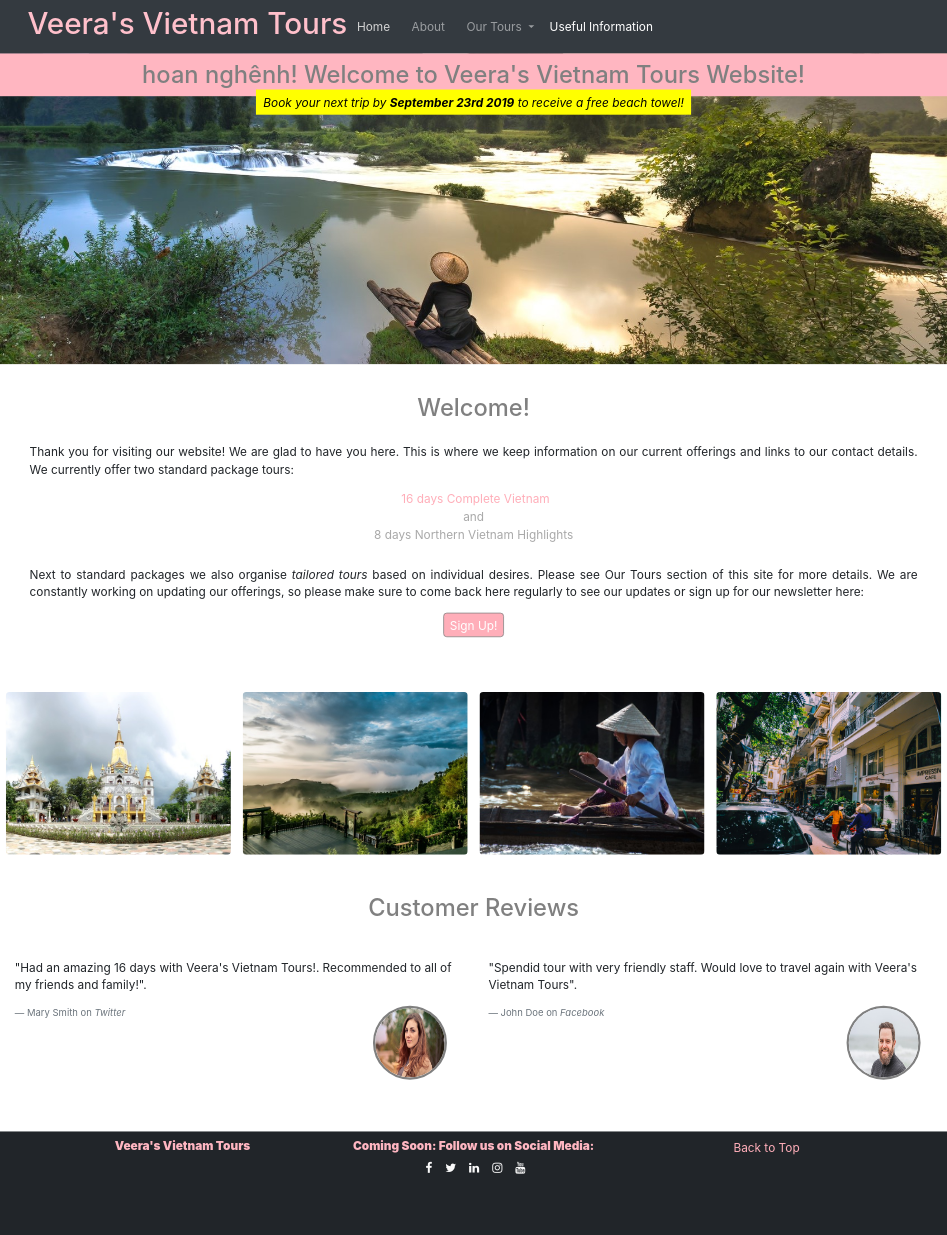
Repository: VAhola/VietnamTour
Page: index.html
The author's editor kept a record of every edit. The page is drawn from the files as they stood at one moment, then again after the next edit.
The browser window is 1280 px wide. The pictures show the whole page, at 74% of full size.

Above is the page before.

### index.html
<!DOCTYPE html>
<html lang="en">
   <head>
      <meta charset="UTF-8">
      <meta name="viewport" content="width=device-width, initial-scale=1.0">
      <meta http-equiv="X-UA-Compatible" content="ie=edge">
      <link rel="stylesheet" href="https://stackpath.bootstrapcdn.com/bootstrap/4.3.1/css/bootstrap.min.css" type="text/css" />
      <link rel="stylesheet" href="https://stackpath.bootstrapcdn.com/font-awesome/4.7.0/css/font-awesome.min.css" type="text/css" />
      <link rel="stylesheet" href="Assets/stylesheet/style.css" type="text/css" />
      <title>Vietnam Project</title>
   </head>
   <body>
      <!--Nav-->
      <nav class="navbar navbar-dark navbar-expand-sm bg-dark top">
         <a class="navbar-brand title"></a>
         <h1 style="color:pink;">Veera's Vietnam Tours <br></h1>
         <button class="navbar-toggler ml-auto" type="button" data-toggle="collapse" data-target="#navbarNavDropdown" aria-controls="navbarNavDropdown" aria-expanded="false" aria-label="Toggle navigation">
         <span class="navbar-toggler-icon"></span></button>
         <div class="collapse navbar-collapse" id="navbarNavDropdown">
            <ul class="navbar-nav mr-auto">
               <li class="nav-item mr-2"><a class="nav-link" href="index.html" style="color:lightgray;">Home</a></li>
               <li class="nav-item mr-2"><a class="nav-link" href="about.html">About</a></li>
               <li class="nav-item dropdown">
                  <a class="nav-link dropdown-toggle" href="#" id="navbarDropdownMenuLink" role="button" data-toggle="dropdown" aria-haspopup="true" aria-expanded="false">
                  Our Tours
                  </a>
                  <div class="dropdown-menu" aria-labelledby="navbarDropdownMenuLink">
                     <a class="dropdown-item" href="16d.html">16 Day Complete Vietnam</a>
                     <a class="dropdown-item" href="8d.html">8 Days Vietnam at glance</a>
                  </div>
               </li>
               <li class="active nav-item mr-2"><a class="nav-link" href="Info.html">Useful Information</a></li>
            </ul>
         </div>
      </nav>
      <!-- /.nav -->
      <!--Banner-->
      <div class="section1">
         <h2 class="intro">
            hoan nghênh! Welcome to Veera's Vietnam Tours Website!
         </h2>
         <div class=container4>
            <p><em>Book your next trip by <strong>September 23rd 2019</strong> to receive a free beach towel!</em></p>
         </div>
      </div>
      <!-- /.banner -->
      <!--Main-->
      <div class=wrapper>
         <div class="welcome">
            <h2> Welcome!</h2>
            <div class="desth">
               <p>Thank you for visiting our website! We are glad to have you here.
                  This is where we keep information on our current offerings and links to our contact details.
                  We currently offer two standard package tours:
               </p>
               <div class="tours">
                  <p class="compact"><a href="16d.html" style="color:#ffaeb9">16 days Complete Vietnam</a></p>
                  <p class="compact">and</p>
                  <p class="compact">8 days Northern Vietnam Highlights</p>
               </div>
               <p>Next to standard packages we also organise <em>tailored tours</em> based on individual desires. Please see Our Tours section of this site for more details. We are constantly working on updating our offerings, so please make sure to come back here regularly to see our updates or sign up for our newsletter here:
                  <br>
            </div>
            <div class="center">
               <p><button class="btn btn-lg btn-success1" style=text-align:center data-toggle="modal" data-target="#signUpModal">Sign Up!</button></p>
            </div>
         </div>
         <div class="gallery">
            <figure>
               <img src="Assets/pictures/pagoda-704657_640.jpg" class="gallery__img bicubic" alt="Beautiful pagoda">
            </figure>
            <figure>
               <img src="Assets/pictures/pagoda-2096468_640.jpg" class="gallery__img bicubic" alt="Misty mountain forest view">
            </figure>
            <figure>
               <img src="Assets/pictures/vietnam-630445_640.jpg" class="gallery__img bicubic" alt="Boat on a river">
            </figure>
            <figure>
               <img src="Assets/pictures/architecture-buildings-car-1004122.jpg" class="gallery__img bicubic" alt="Small town street">
            </figure>
         </div>
         <h2>Customer Reviews</h2>
         <div class="clearfix">
            <div class="box">
               <div>
                  <p>"Had an amazing 16 days with Veera's Vietnam Tours!. Recommended to all of my friends and family!".</p>
                  <img src="Assets/pictures/beautiful-blur-blurred-background-733872.jpg" class="rounded-circle mr-3 d-none d-sm-block quote" alt="young woman" height=100 width=100>
                  <footer class="blockquote-footer">Mary Smith on <cite title="Twitter">Twitter</cite></footer>
               </div>
            </div>
            <div class="box">
               <div>
                  <p>"Spendid tour with very friendly staff. Would love to travel again with Veera's Vietnam Tours".</p>
                  <img src="Assets/pictures/adult-beach-casual-736716.jpg" class="rounded-circle mr-3 d-none d-sm-block quote" alt="young man" height=100 width=100>
                  <footer class="blockquote-footer">John Doe on <cite title="Facebook">Facebook</cite></footer>
               </div>
            </div>
         </div>
      </div>
      <!-- /.Main -->
      <!--Footer-->
      <footer class="container-fluid site">
         <div class="col-md-12 center">
            <div class="row contacts">
               <div class="col-md-4">
                  <h6>Veera's Vietnam Tours</h6>
               </div>
               <div class="col-md-4">
                  <h6 class="inline-block center">Coming Soon: Follow us on Social Media:</h6>
                  <ul class="list-inline center">
                     <li class="list-inline-item">
                        <a target="_blank" href="#">
                        <i class="fa fa-facebook" aria-hidden="true"></i>
                        <span class="sr-only">Facebook</span>
                        </a>
                     </li>
                     <li class="list-inline-item">
                        <a target="_blank" href="#">
                        <i class="fa fa-twitter" aria-hidden="true"></i>
                        <span class="sr-only">Twitter</span>
                        </a>
                     </li>
                     <li class="list-inline-item">
                        <a target="_blank" href="#">
                        <i class="fa fa-linkedin" aria-hidden="true"></i>
                        <span class="sr-only">LinkedIn</span>
                        </a>
                     </li>
                     <li class="list-inline-item">
                        <a target="_blank" href="#">
                        <i class="fa fa-instagram" aria-hidden="true"></i>
                        <span class="sr-only">Instagram</span>
                        </a>
                     </li>
                     <li class="list-inline-item">
                        <a target="_blank" href="#">
                        <i class="fa fa-youtube" aria-hidden="true"></i>
                        <span class="sr-only">YouTube</span>
                        </a>
                     </li>
                  </ul>
               </div>
               <div class="col-md-4">
                  <a href="#top" style="color:#ffaeb9">Back to Top</a>
               </div>
            </div>
         </div>
         <div class= "push"></div>
      </footer>
      <!-- /.Footer -->
      <!--Sign Up Modal-->
      <div class="modal" tabindex="-1" role="dialog" id="signUpModal">
         <div class="modal-dialog" role="document">
            <div class="modal-content">
               <div class="modal-header">
                  <h5 class="modal-title">Sign Up For Veera's Vietnam Tours Newsletter!</h5>
                  <button type="button" class="close" data-dismiss="modal" aria-label="Close">
                  <span aria-hidden="true">&times;</span>
                  </button>
               </div>
               <div class="modal-body">
                  <form>
                     <div class="form-group">
                        <label for="exampleInputEmail1">Email address</label>
                        <input type="email" class="form-control" id="exampleInputEmail1" aria-describedby="emailHelp" placeholder="Enter email">
                        <small id="emailHelp" class="form-text text-muted">We'll never share your email with anyone else.</small>
                     </div>
                     <div class="form-group">
                        <label for="Name">Name</label>
                        <input type="text" class="form-control" id="Name" placeholder="You Name">
                     </div>
                     <button type="submit" class="btn btn-success1">Submit</button>
                  </form>
               </div>
            </div>
         </div>
      </div>
      <!-- /.Sign Up Modal -->
      <!-- JS Scripts -->
      <script src="https://code.jquery.com/jquery-3.3.1.slim.min.js" integrity="sha384-q8i/X+965DzO0rT7abK41JStQIAqVgRVzpbzo5smXKp4YfRvH+8abtTE1Pi6jizo" crossorigin="anonymous"></script>
      <script src="https://cdnjs.cloudflare.com/ajax/libs/popper.js/1.14.3/umd/popper.min.js" integrity="sha384-ZMP7rVo3mIykV+2+9J3UJ46jBk0WLaUAdn689aCwoqbBJiSnjAK/l8WvCWPIPm49" crossorigin="anonymous"></script>
      <script src="https://stackpath.bootstrapcdn.com/bootstrap/4.1.3/js/bootstrap.min.js" integrity="sha384-ChfqqxuZUCnJSK3+MXmPNIyE6ZbWh2IMqE241rYiqJxyMiZ6OW/JmZQ5stwEULTy" crossorigin="anonymous"></script>
   </body>
</html>

### Assets/stylesheet/style.css
html {
	border: none;
	height: 100%;
	margin: 0;
}

body: {
	height: 100%;
	margin: 0;
}

a {
	color: #fafafa;
	margin-left: 5px;
}

article {
	margin: 5px;
}

h2 {
	color: gray;
	text-align: center;
	padding-bottom: 20px;
	padding-top: 20px;
}

h3 {
	color: ;
	text-align: center;
	padding-bottom: 20px;
	padding-top: 20px;
}

h5 {
	color: #ffb6c1;
	text-align: center;
	margin-top: 20px;
	margin-bottom: 10px;
	text-decoration: underline;
}

H6 {
	font-weight: 900;
	color: #ffb6c1;
}

li {
	list-style: none;
}

dl,
ol,
ul {
	margin-top: 0;
	margin-bottom: 1rem;
	padding: 0;
}


/* Styling the header */

.button {
	color: white;
}

.navbar-dark .navbar-brand {
	color: #ffb6c1;
}

.dropdown-menu {
	background-color: #4F4F4F;
}

.dropdown-item {
	color: #b9bec3;
}


/* Styling button */

.btn-group-lg>.btn,
.btn-lg {
	padding: .2rem .5rem;
	font-size: 1rem;
	line-height: 1.5;
}

.btn-success1 {
	color: #fff;
	background-color: #ffaeb9;
	border-color: gray;
	border-width: thin;
}

.btn-success2 {
	color: black;
	background-color: yellow;
	border-color: yellow;
	border-width: thin;
}


/*Styling Image galleries */

img {
	-ms-interpolation-mode: bicubic;
}

.bicubic {
	-ms-interpolation-mode: bicubic;
	image-rendering: optimizeQuality;
}

.gallery__img {
	width: 100%;
	height: 100%;
	object-fit: cover;
	border-radius: 5px;
}

.gallery {
	display: grid;
	display: -ms-flexbox;
	grid-template-columns: repeat(4, 1fr);
	grid-gap: 10px;
	padding-top: 5px;
	margin: 30px 5px;
}

.gallery1 {
	display: grid;
	display: -ms-flexbox;
	grid-template-columns: repeat(3, 1fr);
	padding-top: 0px;
	margin: 0px 0px 30px 0px;
}

.gallery2 {
	display: grid;
	display: -ms-grid;
	grid-template-columns: repeat(2, 3fr);
	grid-gap: 2px;
	padding-top: 20px;
	padding-bottom: 20px;
	padding-right: 10px;
	margin: 0px;
}

.gallery__items--3 {
	grid-column-start: 1;
	grid-column-end: 3;
	grid-row-start: 2;
	grid-row-end: 3;
}

.gallery__itemy--3 {
	grid-column-start: 1;
	grid-column-end: 3;
	grid-row-start: 2;
	grid-row-end: 3;
}

.gallery3 {
	display: grid;
	display: -ms-grid;
	grid-template-columns: repeat(2, 3fr);
	grid-gap: 2px;
	padding-top: 20px;
	padding-bottom: 20px;
	padding-right: 10px;
	margin: 0px;
}

figure {
	margin: 3px;
}


/* Styling Index.html */

.section1 {
	background-size: cover;
	text-align: center;
	background-image: url(../pictures/bamboo-boat-clouds-cloudscape-2132098.jpg);
	background-repeat: no-repeat;
	min-height: 420px;
	color: black;
	padding: 0px;
	background-position-y: bottom;
	background-position-x: center;
	background-color: darkgray;
}

.intro {
	background-color: #ffb6c1;
	padding: 10px 5px;
	color: gray;
	margin-bottom: 0px;
}

div.container4 {
	height: 1em;
	position: relative;
}

div.container4 p {
	margin: 0;
	background: yellow;
	position: absolute;
	top: 50%;
	left: 50%;
	margin-right: -50%;
	transform: translate(-50%, -50%);
	display: unset;
	padding: 5px 10px;
}

.welcome {
	padding: 20px 20px;
}

.desth {
	margin-left: 20px;
	margin-right: 20px;
	text-align: justify;
}

.tours {
	color: darkgray;
	text-align: center;
	margin-bottom: 30px;
}

.compact {
	margin: 0;
}

img.quote {
	border-style: solid;
	border-color: gray;
	float: right;
}

* {
	box-sizing: border-box;
}

div.box {
	float: left;
	width: 50%;
	padding: 20px;
	margin-bottom: 20px;
}

.clearfix::after {
	content: "";
	clear: both;
	display: table;
	padding: 20px;
	margin-bottom: 40px;
}


/* Styling About.html */

.about_us {
	text-align: justify;
	margin: 0px 40px 40px 40px;
}

.contacts {
	margin-left: 20px;
	margin-right: 20px;
	margin-bottom: 20px;
}

div.center {
	text-align: center;
}


/* Styling 8d.html */

.tours1 {
	margin: 20px;
	10px
}

.section5 {
	background-size: cover;
	text-align: center;
	background-image: url(../pictures/IMG-20190712-WA0006_a.jpg);
	background-repeat: no-repeat;
	min-height: 380px;
	color: black;
	padding: 0px;
	background-position-y: bottom;
	background-position-x: center;
}


/* Styling 16d.html */

.section4 {
	background-size: cover;
	text-align: center;
	background-image: url(../pictures/vietnam-2139871_1920_a.jpg);
	background-repeat: no-repeat;
	min-height: 380px;
	color: black;
	padding: 0px;
	background-position-y: bottom;
	background-position-x: center;
}


/*  Styling Info.html */

.info_left {
	border: 3px solid #ddd;
	border-radius: 4px;
	width: 220px;
	margin-right: 10px;
}

.info_right {
	border: 2px solid #ddd;
	border-radius: 4px;
	width: 220px;
	margin-left: 10px;
}

.section2 {
	background-size: cover;
	text-align: center;
	background-image: url(../pictures/chaly-pavement-road-2044867.jpg);
	background-repeat: no-repeat;
	min-height: 180px;
	color: black;
	padding: 0px;
	background-position-y: bottom;
	background-position-x: center;
}

img.map_right {
	border: 1px solid #ddd;
	border-radius: 4px;
	width: 220px;
	margin: 20px 10px;
}

.dest {
	margin-left: 20px;
	margin-right: 20px;
	padding: 10px;
	text-align: justify;
	margin-bottom: 10px;
}


/* Custom color Font Awesome */

.pink {
	color: #ffaeb9;
}


/* Styling Footer  */

.wrapper {
	min-height: 100%;
	margin-bottom: -50px;
}

.push {
	height: 50px;
}

footer.site {
	background-color: #212529;
	color: #ffb6c1;
	background-size: cover;
	margin-bottom: 0;
	padding-bottom: 10px;
	padding-top: 10px;
	flex-shrink: 0;
	display: -webkit-box;
	height: 140px;
}

.bottom {
	margin-bottom: 0;
}

div.footer-details.row {
	width: 100%;
}


/* media queries */

@media (max-width:767px) {
	body {
		font-size: small;
	}
	p {
		font-size: small;
	}
	.welcome {
		padding: 5px 5px;
	}
	h1,
	h2,
	h3,
	h4,
	h5,
	h6 {
		font-size: small;
	}
	em {
		font-size: small;
	}
	img.map_right {
		width: 130px;
		margin-left: 5px;
	}
	.info_left {
		width: 120px;
	}
	.info_right {
		width: 120px;
	}
	.dest {
		margin-left: 10px;
		margin-right: 10px;
		padding: 5px;
	}
	.section1 {
		background-size: cover;
		text-align: center;
		background-image: url(../pictures/bamboo-boat-clouds-cloudscape-2132098.jpg);
		background-repeat: no-repeat;
		min-height: 180px;
		color: black;
		padding: 0px;
		background-position-y: bottom;
		background-position-x: center;
		background-color: darkgray;
	}
	.section5 {
		background-size: cover;
		text-align: center;
		background-image: url(../pictures/IMG-20190712-WA0006_a.jpg);
		background-repeat: no-repeat;
		min-height: 180px;
		color: black;
		padding: 0px;
		background-position-y: bottom;
		background-position-x: center;
	}
	.section4 {
		background-size: cover;
		text-align: center;
		background-image: url(../pictures/vietnam-2139871_1920_a.jpg);
		background-repeat: no-repeat;
		min-height: 180px;
		color: black;
		padding: 0px;
		background-position-y: bottom;
		background-position-x: center;
	}
	.intro {
		margin-bottom: 15px;
	}
	.btn-group-lg>.btn,
	.btn-lg {
		font-size: 0.7rem;
	}
}

@media (min-width: 768px) and (max-width: 991px) {
	.section2 {
		background-image: url(../pictures/chaly-pavement-road-2044867.jpg);
		min-height: 340px;
	}
}

@media (min-width: 992px) and (max-width: 2800px) {
	.section2 {
		background-image: url(../pictures/chaly-pavement-road-2044867.jpg);
		min-height: 480px;
	}
}

After the next edit:
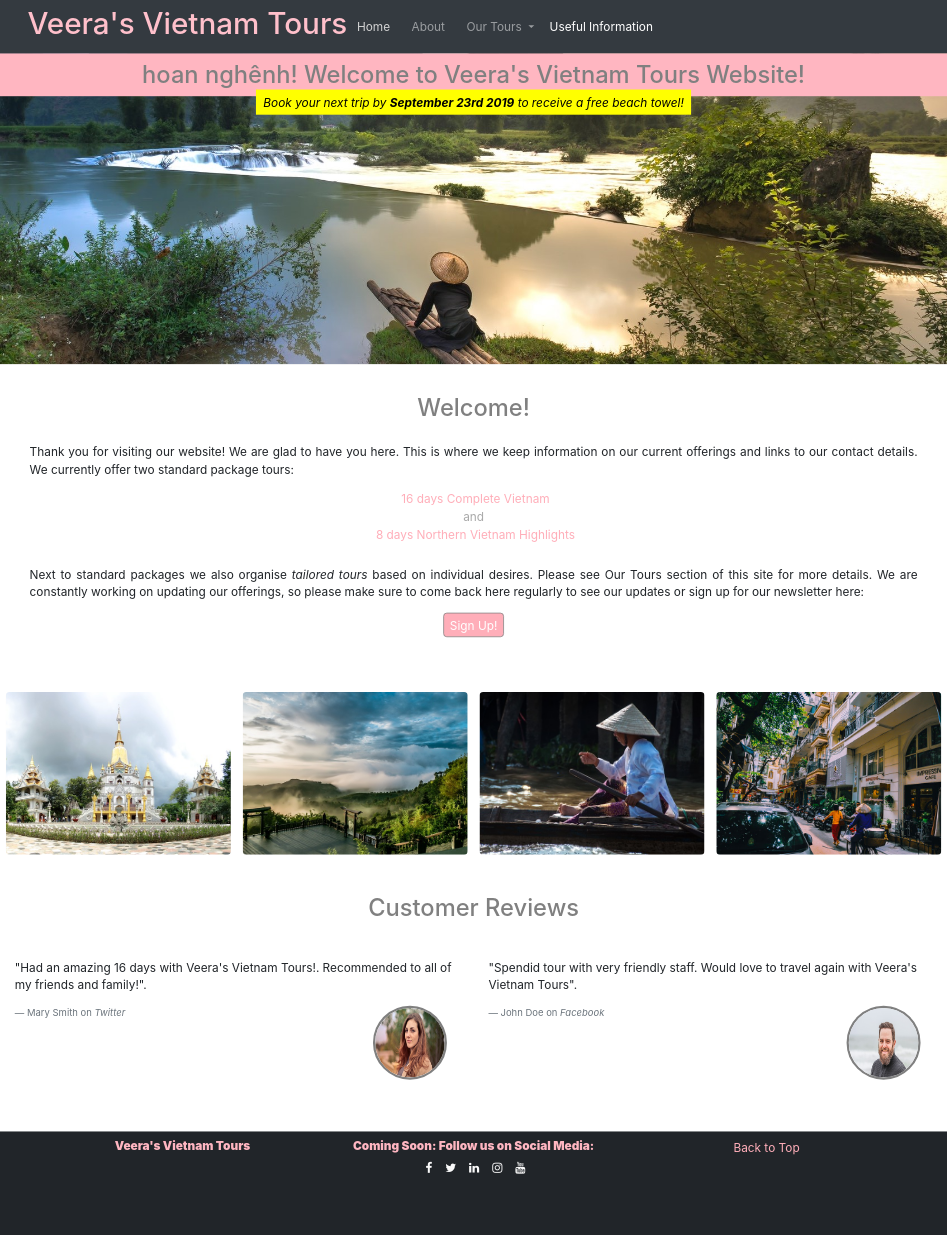
The edit:
--- a/index.html
+++ b/index.html
@@ -56,7 +56,7 @@
                <div class="tours">
                   <p class="compact"><a href="16d.html" style="color:#ffaeb9">16 days Complete Vietnam</a></p>
                   <p class="compact">and</p>
-                  <p class="compact">8 days Northern Vietnam Highlights</p>
+                  <p class="compact"><a href="8d.html" style="color:#ffaeb9">8 days Northern Vietnam Highlights</a></p>
                </div>
                <p>Next to standard packages we also organise <em>tailored tours</em> based on individual desires. Please see Our Tours section of this site for more details. We are constantly working on updating our offerings, so please make sure to come back here regularly to see our updates or sign up for our newsletter here:
                   <br>
